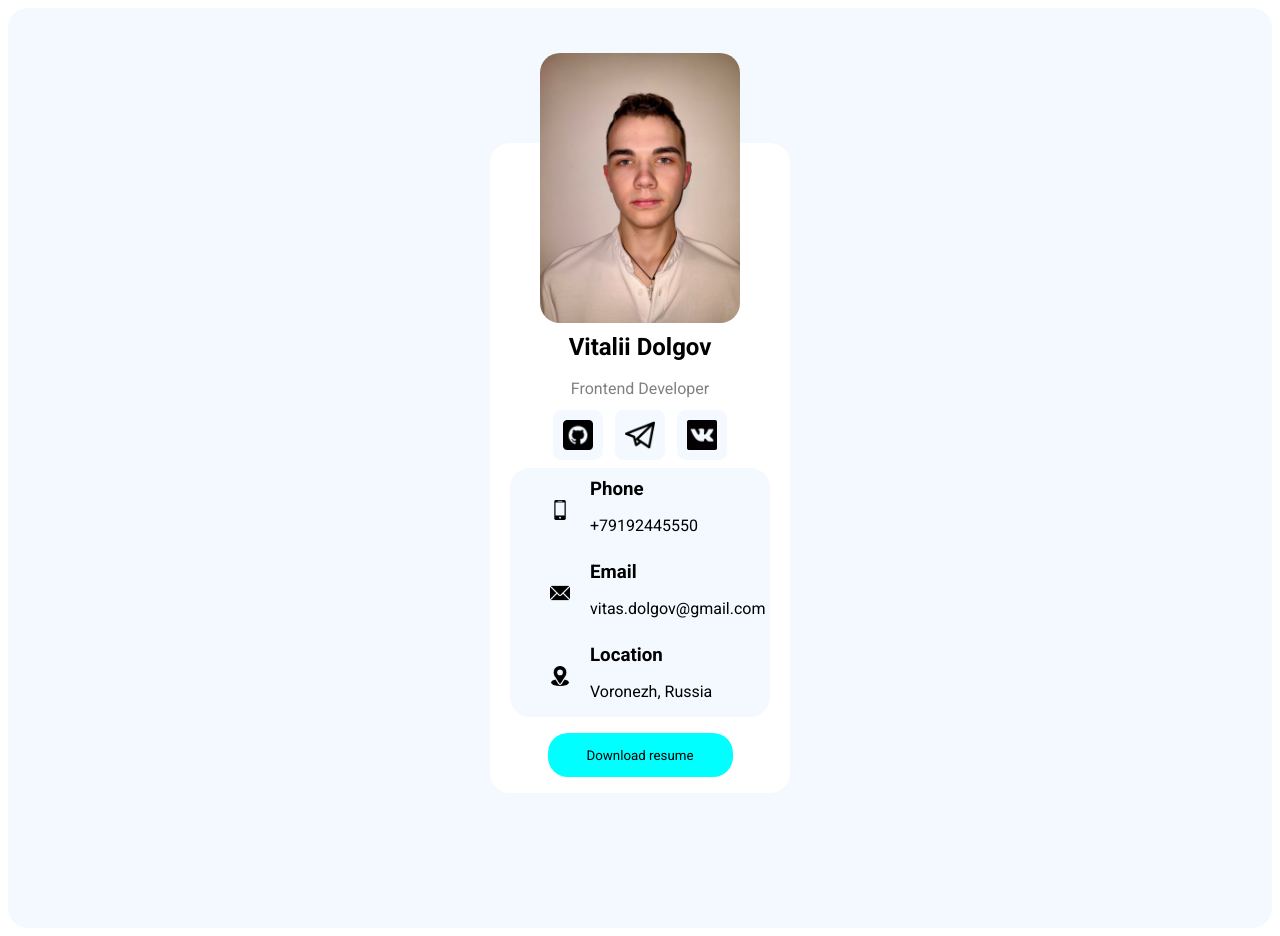
Repository: VitasYo/User_card
Page: src/index.html
The author's editor kept a copy of each file at every save. The page is drawn from the files as they stood at one save, then again after the next save.
The browser window is 1280 px wide. The pictures show the whole page.

Above is the page before, as saved 2024-04-09 23:45:55.

### src/index.html
<!DOCTYPE html>
<html lang="ru">
  <head>
    <meta charset="UTF-8" />
    <meta name="viewport" content="width=device-width, initial-scale=1.0" />
    <title>First html</title>
    <link rel="stylesheet" href="../assets/css/index.css" />
    <script src="script.js"></script>
  </head>
  <body>
    <section class="container">
      <div class="container_card">
        <img class="avatar" src="../assets/img/Фото.jpg" alt="" />
        <div class="user-info">
          <h1>Vitalii Dolgov</h1>
          <div class="position">Frontend Developer</div>
        </div>
        <div>
          <a href="#"
            ><img class="icon" src="../assets/img/github.png" alt="github"
          /></a>
          <a href="#"
            ><img class="icon" src="../assets/img/telegram.png" alt="telegram"
          /></a>
          <a href="#"
            ><img class="icon" src="../assets/img/vk.png" alt="vk"
          /></a>
        </div>
        <div class="items_card">
          <div class="items_string">
            <img class="card_icon" src="../assets/img/phone.png" />
            <div class="card_info">
              <div><h3>Phone</h3></div>
              <div><p>+79192445550</p></div>
            </div>
          </div>
          <div class="items_string">
            <img class="card_icon" src="../assets/img/email.png" />
            <div class="card_info">
              <div><h3>Email</h3></div>
              <div><p>vitas.dolgov@gmail.com</p></div>
            </div>
          </div>
          <div class="items_string">
            <img class="card_icon" src="../assets/img/location.png" />
            <div class="card_info">
              <div><h3>Location</h3></div>
              <div><p>Voronezh, Russia</p></div>
            </div>
          </div>
        </div>
        <button class="button">Download resume</button>
      </div>
    </section>
  </body>
</html>

### assets/css/index.css
@import url("https://fonts.googleapis.com/css2?family=Roboto:ital,wght@0,100;0,300;0,400;0,500;0,700;0,900;1,100;1,300;1,400;1,500;1,700;1,900&display=swap");
* {
  font-family: "Roboto", sans-serif;
}

.container h1 {
  margin-top: 10px;
  margin-bottom: 0;
}

.container h3 {
  margin-top: 10px;
  margin-bottom: 0;
}

.container {
  display: flex;
  flex-direction: column;
  align-items: center;
  background-color: rgb(243, 249, 255);
  border-radius: 20px;
  height: 920px;
  justify-content: center;
}

.container_card {
  display: flex;
  flex-direction: column;
  align-items: center;
  background-color: white;
  border-radius: 20px;
  width: 300px;
}

.position {
  color: gray;
  margin-top: 8px;
}

.avatar {
  margin-top: -90px;
  width: 200px;
  height: 270px;
  border-radius: 20px;
}

.user-info {
  margin-bottom: 8px;
  display: flex;
  flex-direction: column;
  align-items: center;
  gap: 10px;
}

.icon {
  width: 30px;
  height: 30px;
  padding: 10px;
  background-color: rgb(243, 249, 255);
  border-radius: 8.27px;
  margin: 4px;
}

.card_icon {
  width: 20px;
  height: 20px;
  padding: 10px;
}

.items_card {
  background-color: rgb(243, 249, 255);
  border-radius: 20px;
  width: 260px;
}

.items_string {
  justify-content: center;
  align-items: center;
  display: flex;
  border-bottom: 1px;
  border-width: 1px;
}

.card_info {
  margin-left: 10px;
  font-size: 16px;
  width: 150px;
}

.button {
  margin: 16px 0;
  background-color: aqua;
  border-radius: 20px;
  border-width: 0;
  width: 185px;
  height: 44px;
  cursor: pointer;
}

Loaded but not shown: src/script.js (no stored copy; drawn as an empty file)

After the next save:
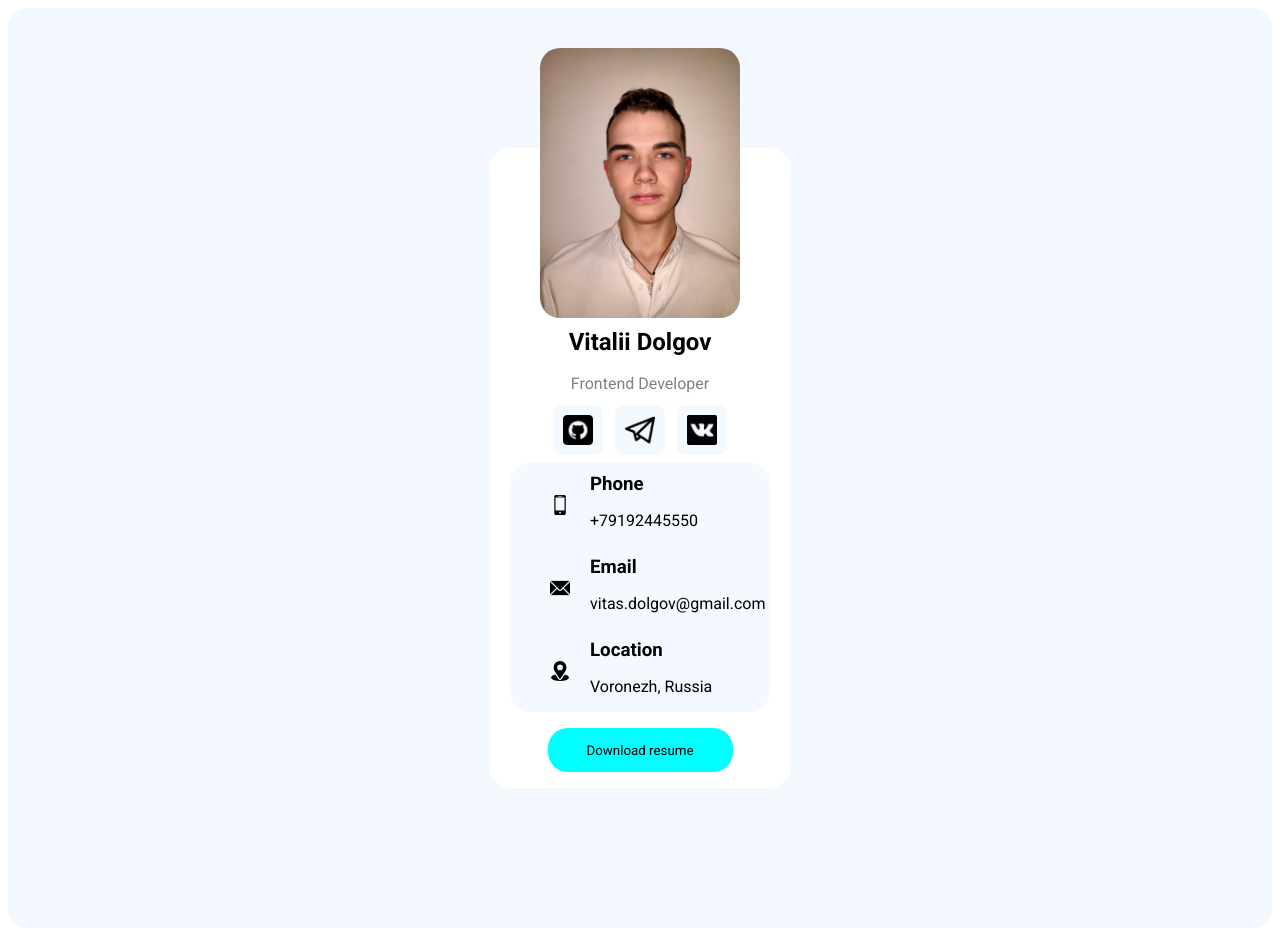
Saved 8 s later.
--- a/assets/css/index.css
+++ b/assets/css/index.css
@@ -38,7 +38,7 @@
 }
 
 .avatar {
-  margin-top: -90px;
+  margin-top: -100px;
   width: 200px;
   height: 270px;
   border-radius: 20px;

After the save that followed:
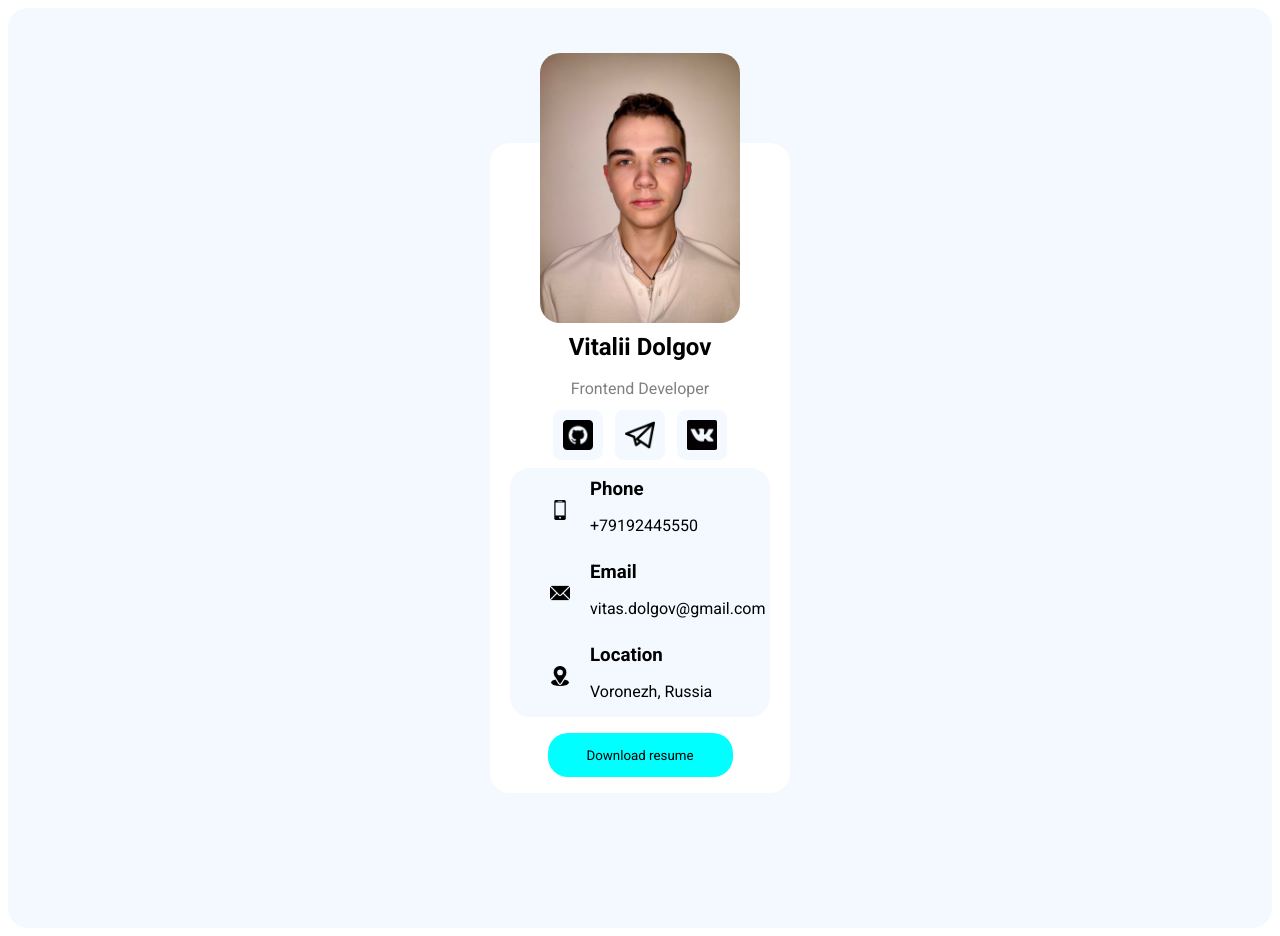
Saved 9 s later.
--- a/assets/css/index.css
+++ b/assets/css/index.css
@@ -38,7 +38,7 @@
 }
 
 .avatar {
-  margin-top: -100px;
+  margin-top: -90px;
   width: 200px;
   height: 270px;
   border-radius: 20px;
